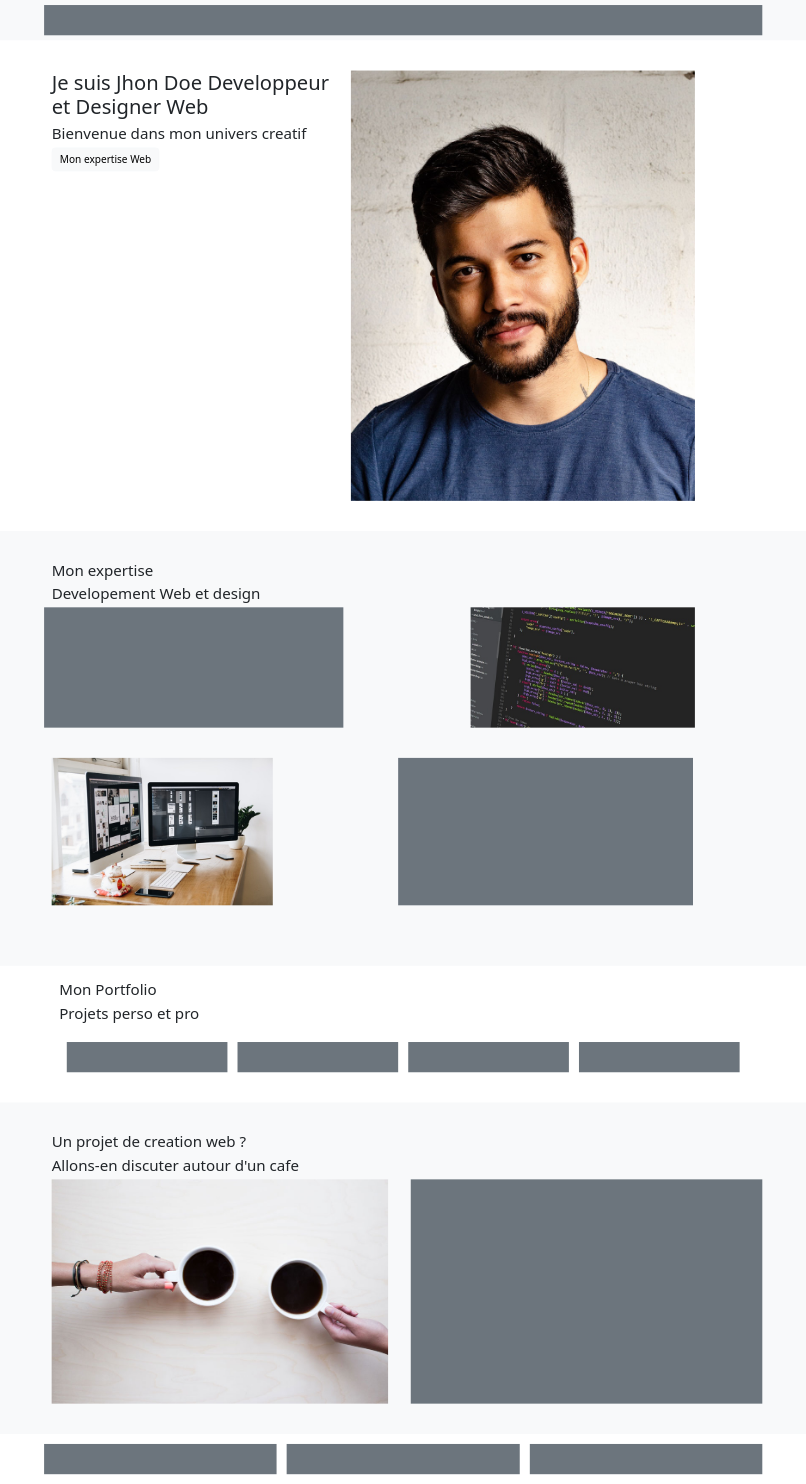
Repository: wadelfadill/Bootstrap_tache_1_portfolio
Page: index.html
An editor plug-in stored every save of this project. The page is shown before and after the next save, followed by the edit.
The browser window is 1280 px wide. The pictures show the whole page, at 63% of full size.

Above is the page before, as saved 2023-03-27 13:25:01.

After the next save:
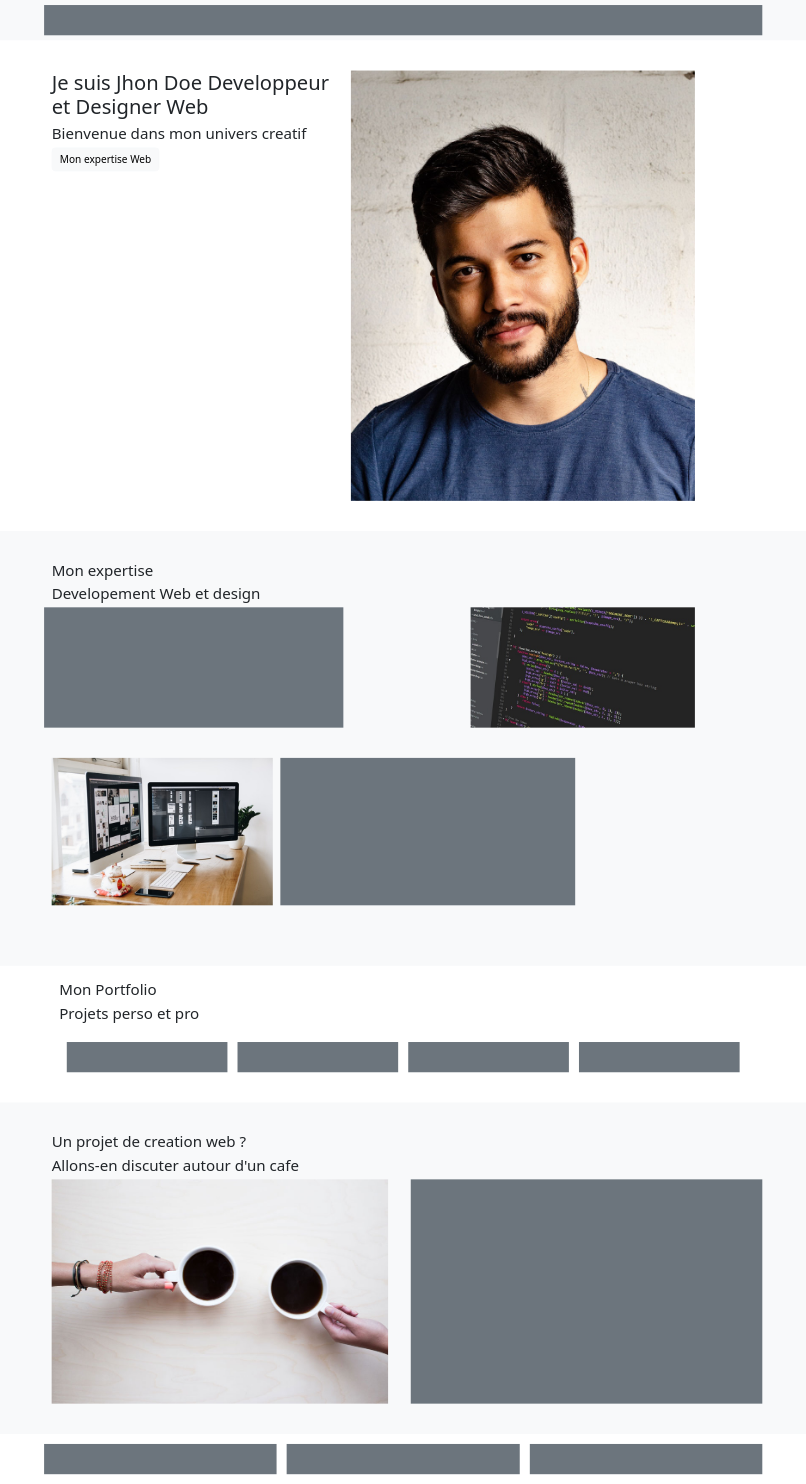
Saved 78 s later.
--- a/index.html
+++ b/index.html
@@ -50,7 +50,7 @@
                     <div class="col-4">
                         <img src="img/design.jpg" alt="" class="w-100">
                     </div>
-                    <div class="col-2"></div>
+
                     <div class="col-5 bg-secondary">
 
                     </div>
